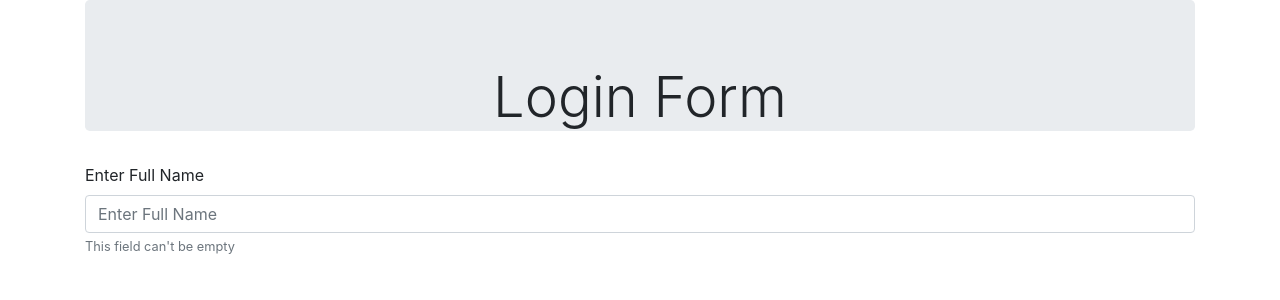
Repository: amar468S/Ng-templateDrivenForm
Page: /
These files come from the project's save history. The page is drawn as it stood at one moment and after the next save; the edit follows.
The browser window is 1280 px wide. The pictures show the whole page.
Some web libraries are served in a nearby version. The project was rebuilt for these pictures with package versions that can differ from the ones it lists, and the page was loaded fresh each time. Also part of the build but not shown: angular.json.

Above is the page before, as saved 2019-02-03 15:45:49.

After the next save:
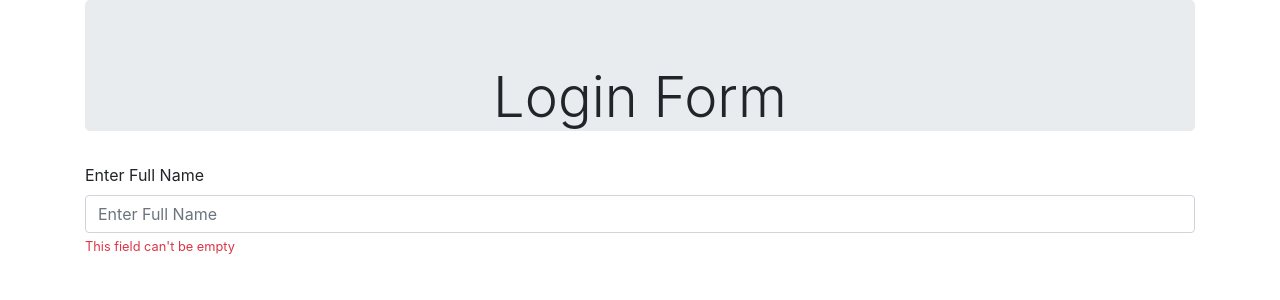
Saved 12 s later.
--- a/src/app/app.component.html
+++ b/src/app/app.component.html
@@ -7,7 +7,7 @@
       <div class="form-group">
           <label>Enter Full Name</label>
           <input type="text" class="form-control" placeholder="Enter Full Name">
-          <small class="form-text text-muted">This field can't be empty</small>
+          <small class="form-text text-danger">This field can't be empty</small>
         </div>
   </form>
 
